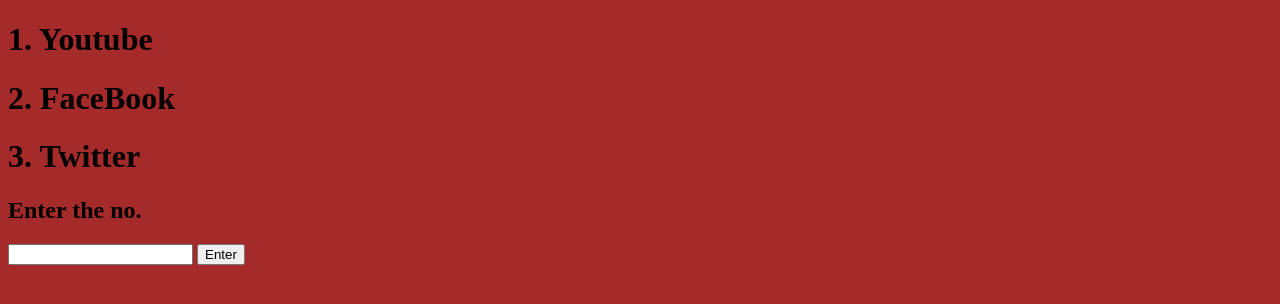
Repository: Strangeryoga/JSHS
Page: J2EE/P1/src/main/webapp/ok.html
The author's editor kept a copy of each file at every save. The page is drawn from the files as they stood at one save, then again after the next save.
The browser window is 1280 px wide. The pictures show the whole page.

Above is the page before, as saved 2023-05-22 18:22:40.

### J2EE/P1/src/main/webapp/ok.html
<!DOCTYPE html>
<html>
<head>
<meta charset="UTF-8">
<title>Insert title here</title>
</head>
<body bgcolor="brown">

<form action="h1" method="post">
<h1>1. Youtube</h1>
<h1>2. FaceBook</h1>
<h1>3. Twitter</h1>
<h2>Enter the no.</h2>
<input type="text" name="num1">
<button>Enter</button>
</form>
</body>
</html>

After the next save:
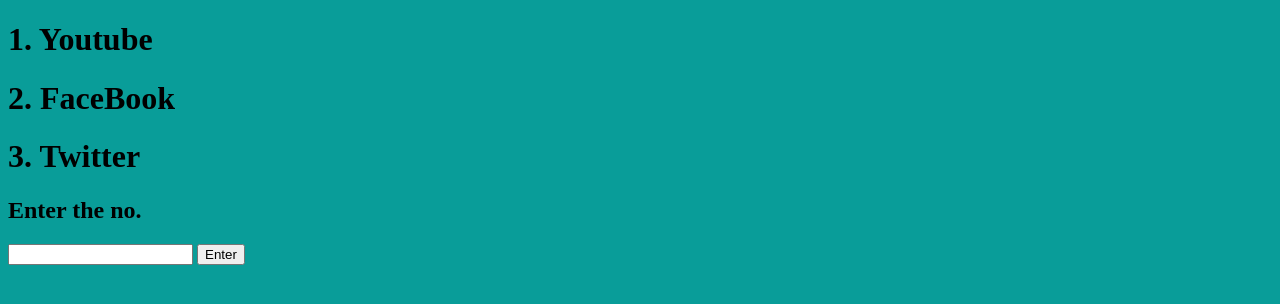
Saved 5 min 13 s later.
--- a/J2EE/P1/src/main/webapp/ok.html
+++ b/J2EE/P1/src/main/webapp/ok.html
@@ -4,7 +4,7 @@
 <meta charset="UTF-8">
 <title>Insert title here</title>
 </head>
-<body bgcolor="brown">
+<body bgcolor=#099D99>
 
 <form action="h1" method="post">
 <h1>1. Youtube</h1>
